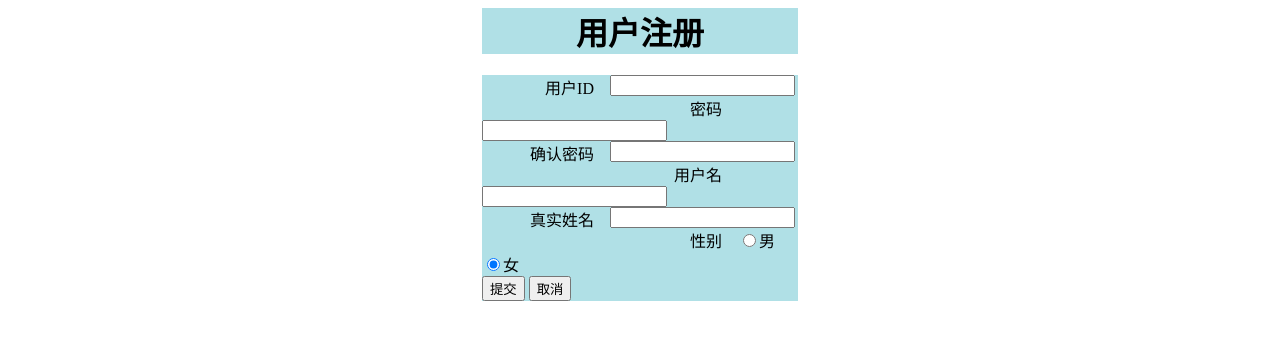
Repository: never-404/Intelligent-recommendation-system
Page: http://localhost/Intelligent-recommendation-system/log.jsp
An editor plug-in stored every save of this project. The page is shown before and after the next save, followed by the edit.
The browser window is 1280 px wide. The pictures show the whole page.
The page is served by Tomcat 9. Nobody is signed in. The application's start-up code is not run. Other server files are loaded and not shown.

Above is the page before, as saved 2019-04-12 07:23:02.

### Intelligent-recommendation-system/WebRoot/log.jsp
<%@ page language="java" contentType= "text/html;charset=gb2312" %>
<html>

	<head>
		<style type="text/css">
		.title
		{
			margin:auto;
			width:25%;
			background-color:#b0e0e6;
		}
		.table
		{
			margin:auto;
			width:25%;
			background-color:#b0e0e6;
		}
		lable { float: left; width: 7em; margin-right:1em; text-align: right; }
		h1	  {text-align: center}
</style>
	</head>
	<body>
	<div class="title">
		<h1>用户注册</h1>
	</div>
	<div class="table">

		<form action = "show_log.jsp" method = "post">
			<lable>用户ID</lable><input id="pwd1" name="userid" type="text" ><BR>
			<lable>密码</lable><input id="pwd2" name="password1" type="password" ><BR>
			<lable>确认密码</lable><input name="password2" type="password"><BR>
			<lable>用户名</lable><input name="username" type="text"><BR>
			<lable>真实姓名</lable><input name="realname" type="text"><BR>
			<lable>性别</lable>
				<input name="sex" type="radio" value="男" checked>男
				<input name="sex" type="radio" value="女" checked>女<BR>
			<input type="submit" value ="提交">
			<input type="reset"  value="取消">
		</form>
		</div>

<!-- 		<SCRIPT language = javascript>
  		 	 document.onkeydown = chang_page;
   			 function chang_page()
   			 {
        	 	if (event.keyCode == 39 || event.keyCode == 40) location = 'show_log.jsp'
    		 }
		</SCRIPT>
		 -->


	</body>


</html>

After the next save:
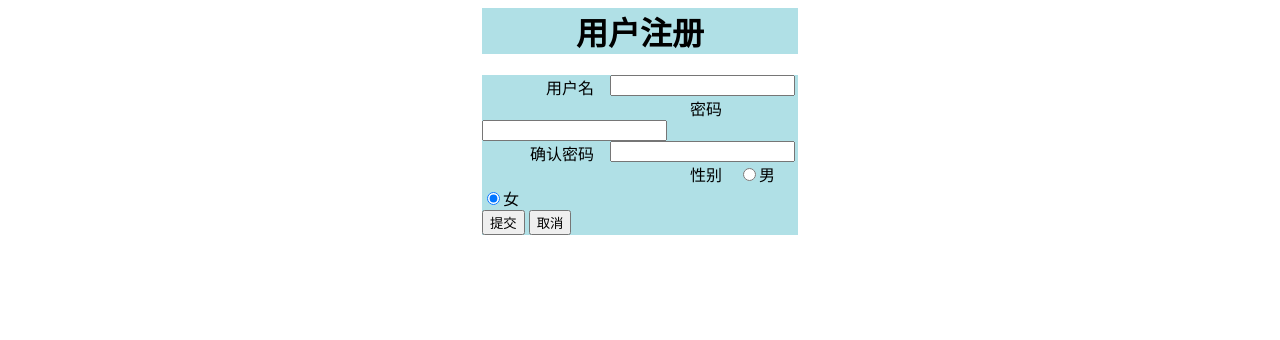
Saved 70 s later.
--- a/Intelligent-recommendation-system/WebRoot/log.jsp
+++ b/Intelligent-recommendation-system/WebRoot/log.jsp
@@ -26,11 +26,9 @@
 	<div class="table">
 
 		<form action = "show_log.jsp" method = "post">
-			<lable>用户ID</lable><input id="pwd1" name="userid" type="text" ><BR>
+			<lable>用户名</lable><input name="username" type="text"><BR>
 			<lable>密码</lable><input id="pwd2" name="password1" type="password" ><BR>
 			<lable>确认密码</lable><input name="password2" type="password"><BR>
-			<lable>用户名</lable><input name="username" type="text"><BR>
-			<lable>真实姓名</lable><input name="realname" type="text"><BR>
 			<lable>性别</lable>
 				<input name="sex" type="radio" value="男" checked>男
 				<input name="sex" type="radio" value="女" checked>女<BR>
